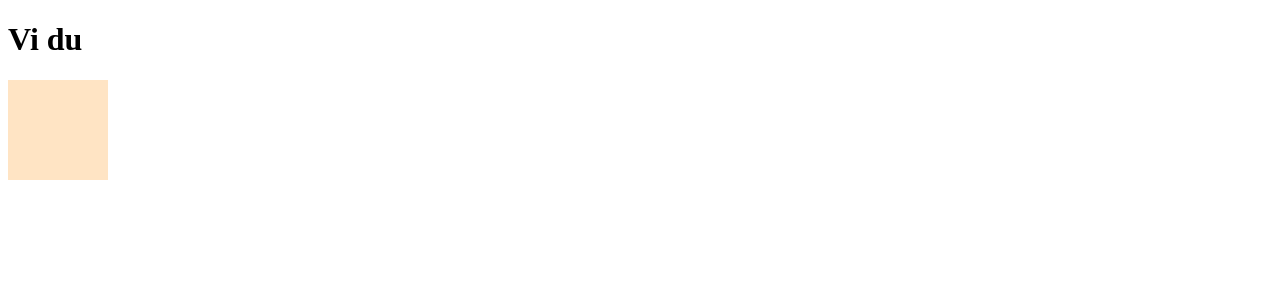
Repository: thanhp6868/ltWeb
Page: 0410/1/1.html
The author's editor kept a copy of each file at every save. The page is drawn from the files as they stood at one save, then again after the next save.
The browser window is 1280 px wide. The pictures show the whole page.
The pointer rests on the first visible `#vidu_transition`.

Above is the page before, as saved 2023-10-04 13:35:04.

After the next save:
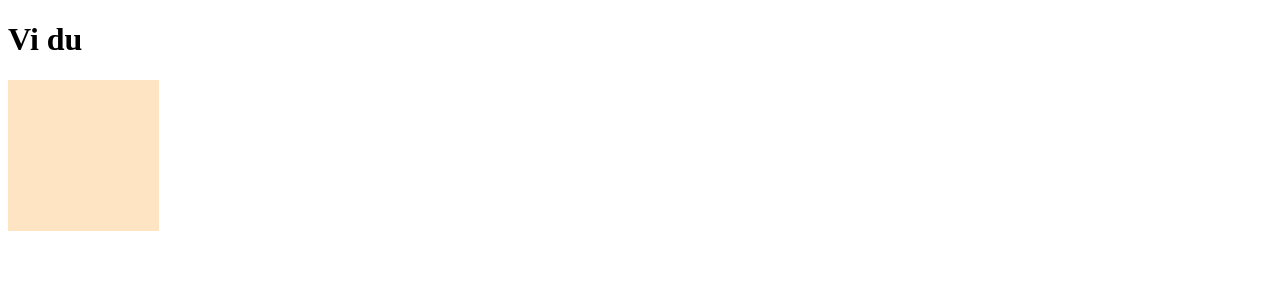
Saved 4 min 7 s later.
--- a/0410/1/style1.css
+++ b/0410/1/style1.css
@@ -3,4 +3,9 @@
     width: 100px;
     background-color: bisque;
     transition: 5s;
+
 }
+#vidu_transition:hover{
+        height: 200px;
+        width: 200px;
+}
